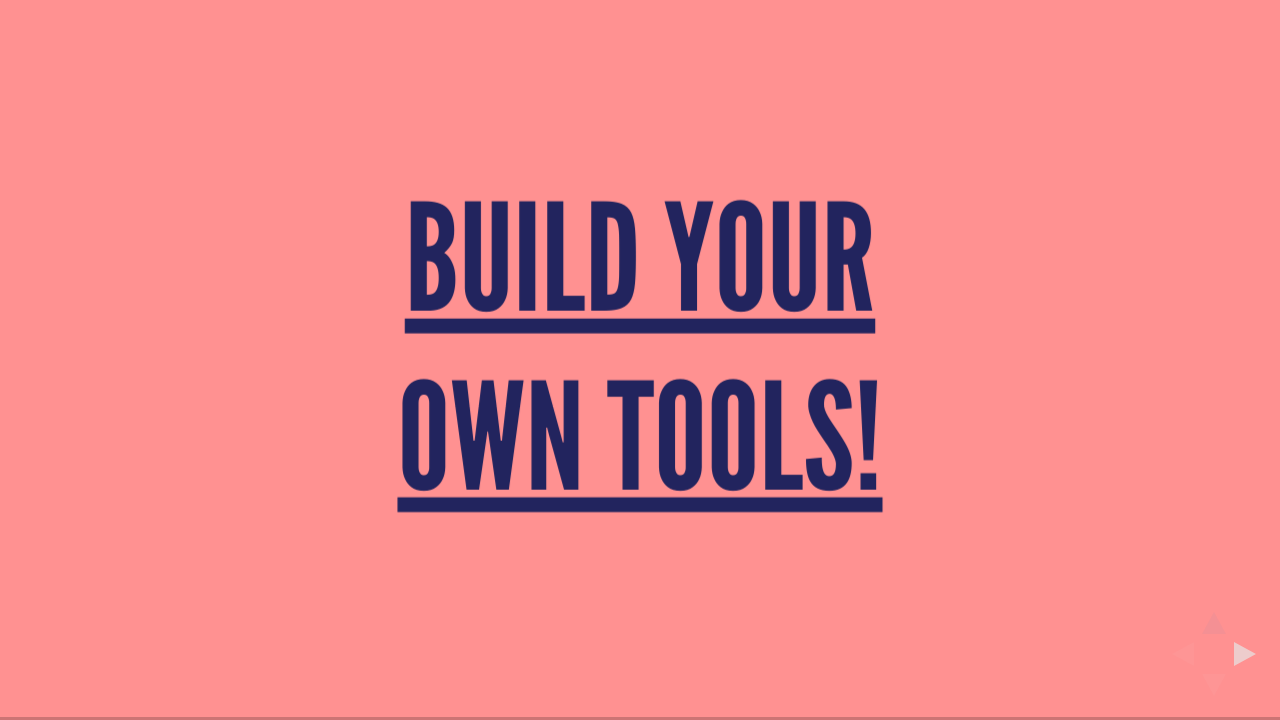
Repository: Blumed/Blumed.github.io
Page: index.html
An editor plug-in stored every save of this project. The page is shown before and after the next save, followed by the edit.
The browser window is 1280 px wide. The pictures show the whole page.
The style sheet was rebuilt from its Sass, Less or Tailwind sources for each picture, by a compiler version that may differ from the author's.

Above is the page before, as saved 2017-04-27 09:54:08.

After the next save:
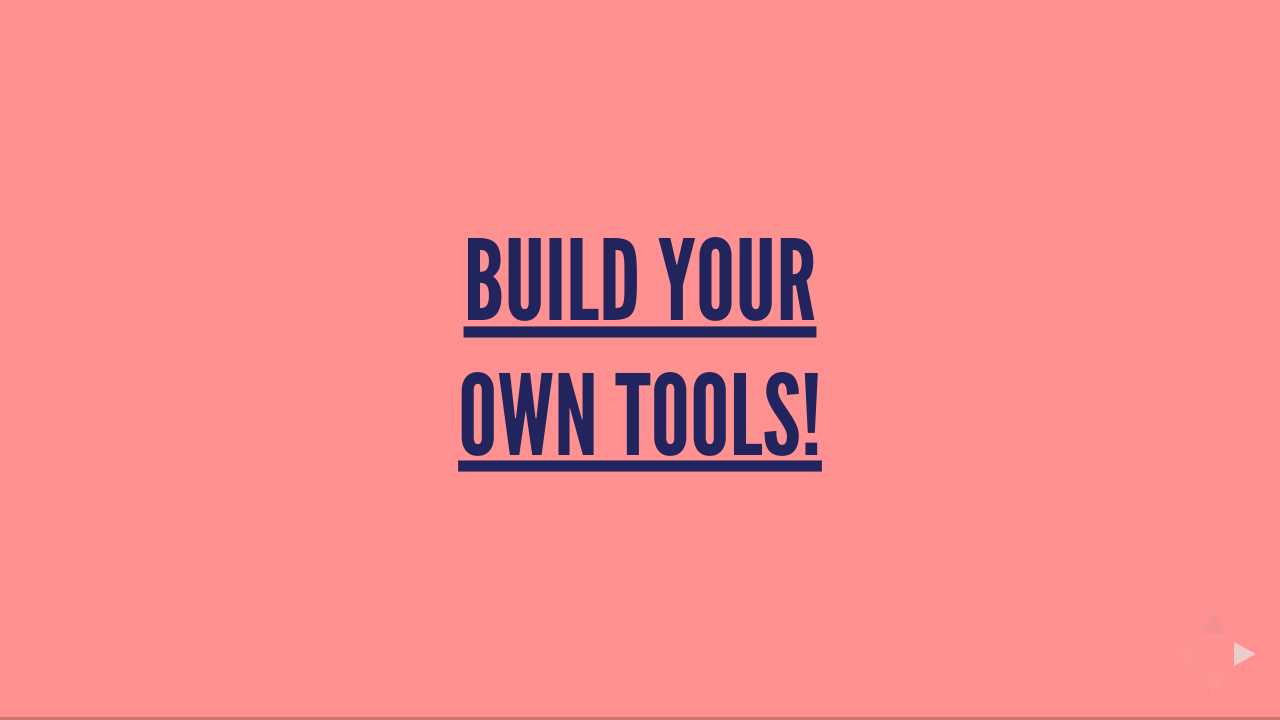
Saved 43 s later.
--- a/css/theme/source/cullan.scss
+++ b/css/theme/source/cullan.scss
@@ -107,7 +107,7 @@
     }
 }
 .pulsate {
-   animation-name: heartFadeInOut;
+   animation-name: heartbeat;
   animation-timing-function: ease-in-out;
   animation-iteration-count: infinite;
   animation-duration: 1s;
